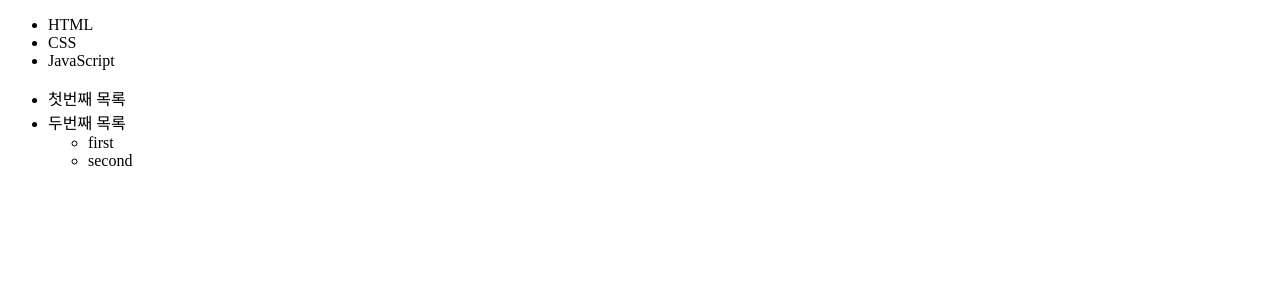
Repository: JeongminHW/Web_study
Page: HTML/myHTML/src/main/webapp/ch03/list.html
An editor plug-in stored every save of this project. The page is shown before and after the next save, followed by the edit.
The browser window is 1280 px wide. The pictures show the whole page.

Above is the page before, as saved 2024-07-09 02:06:56.

### HTML/myHTML/src/main/webapp/ch03/list.html
<!DOCTYPE html>
<html>

<head>
<meta charset="UTF-8">
<title>Insert title here</title>
</head>

<body>
	<ul>
	<li>HTML</li>
	<li>CSS</li>
	<li>JavaScript</li>
	</ul>
	<ul>
	<li>첫번째 목록</li>
	<li>두번째 목록</li>
	<ul>
  	<li> first</li>
  	<li> second </li>
	</ul>
	</ul>
</body>

</html>

After the next save:
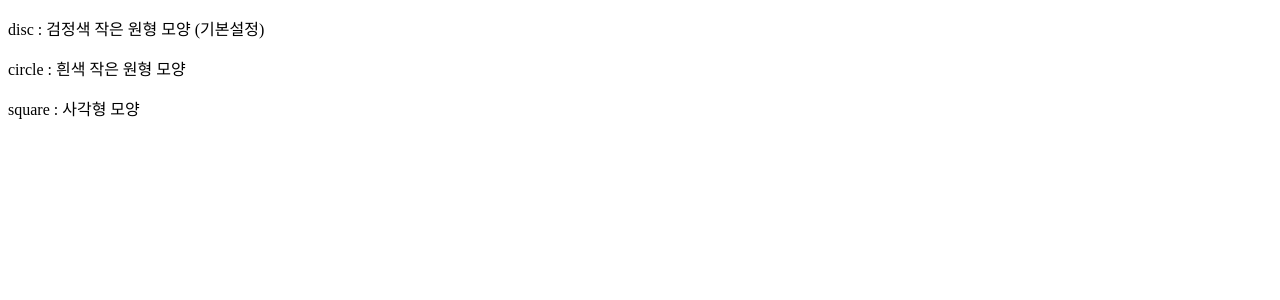
Saved 3 min 21 s later.
--- a/HTML/myHTML/src/main/webapp/ch03/list.html
+++ b/HTML/myHTML/src/main/webapp/ch03/list.html
@@ -7,19 +7,9 @@
 </head>
 
 <body>
-	<ul>
-	<li>HTML</li>
-	<li>CSS</li>
-	<li>JavaScript</li>
-	</ul>
-	<ul>
-	<li>첫번째 목록</li>
-	<li>두번째 목록</li>
-	<ul>
-  	<li> first</li>
-  	<li> second </li>
-	</ul>
-	</ul>
+	<p>disc : 검정색 작은 원형 모양 (기본설정)
+	<p>circle : 흰색 작은 원형 모양
+	<p>square : 사각형 모양
 </body>
 
 </html>
